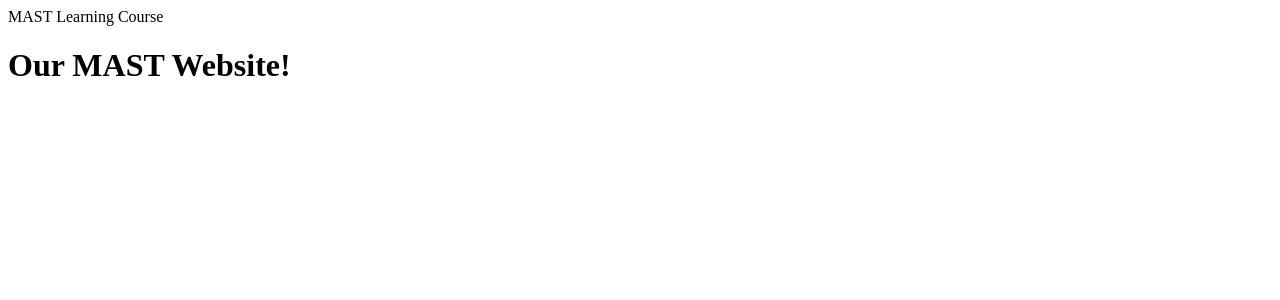
Repository: desneoh/desneoh.github.io
Page: index.html
The author's editor kept a record of every edit. The page is drawn from the files as they stood at one moment, then again after the next edit.
The browser window is 1280 px wide. The pictures show the whole page.

Above is the page before.

### index.html
<html>
<head>MAST Learning Course</head>

    <body>
        <h1>Our MAST Website!</h1>
    </body>

</html>

After the next edit:
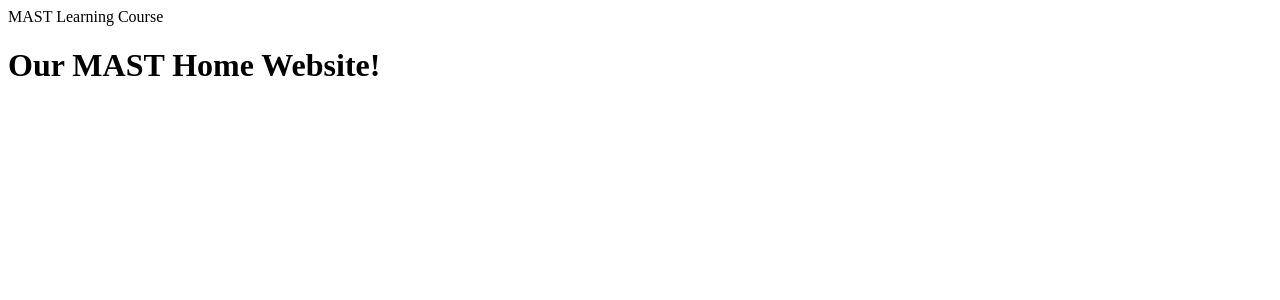
The edit:
--- a/index.html
+++ b/index.html
@@ -2,7 +2,7 @@
 <head>MAST Learning Course</head>
 
     <body>
-        <h1>Our MAST Website!</h1>
+        <h1>Our MAST Home Website!</h1>
     </body>
 
 </html>
